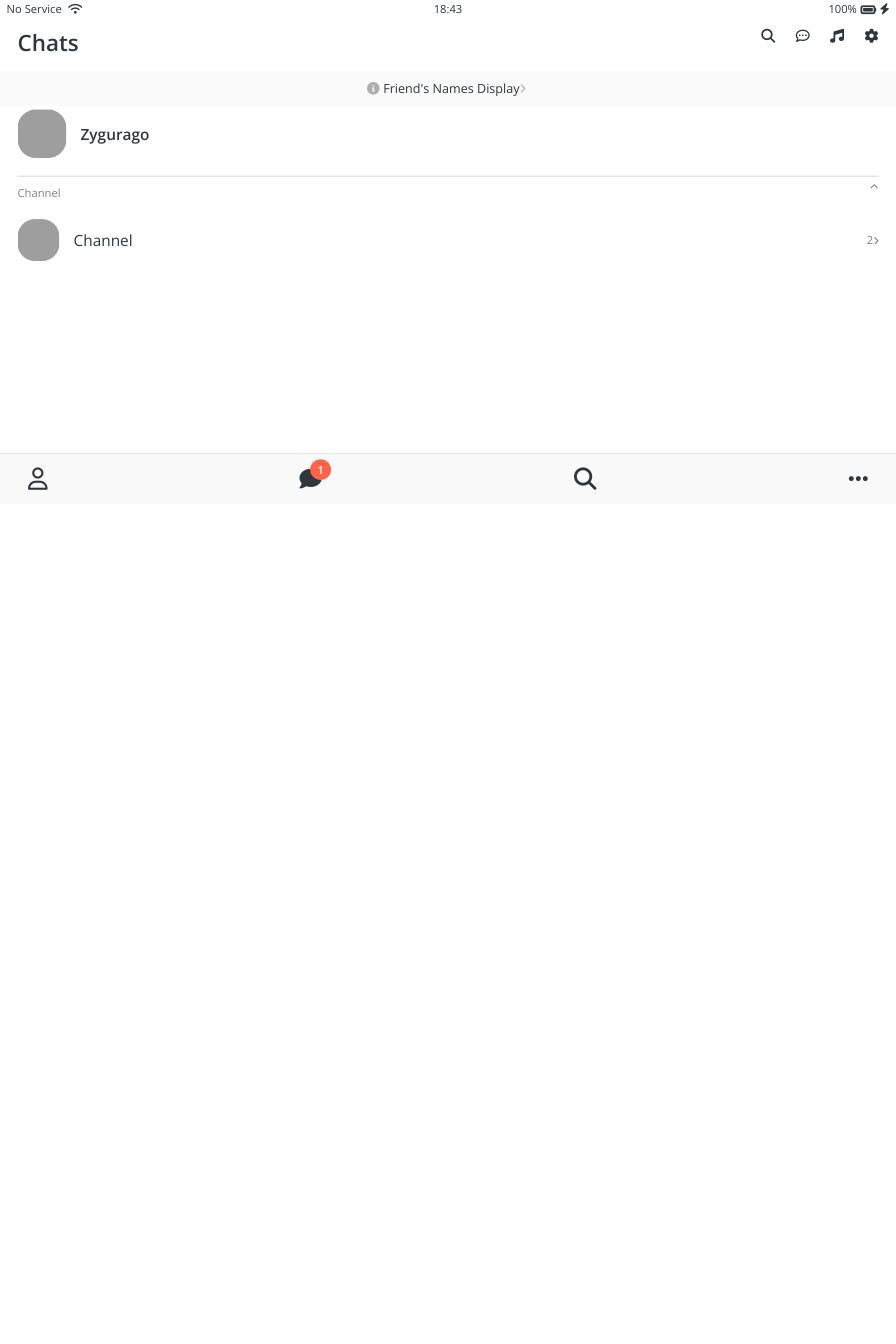
Repository: mocusura12/kokoa-clone-2020
Page: chats.html
These files come from the project's save history. The page is drawn as it stood at one moment and after the next save; the edit follows.
The browser window is 1280 px wide. The pictures show the part of the page from y = 0 to 1920 px (the page is 7200 px tall), at 70% of full size.
Pictures or frames that could not be fetched are drawn as grey boxes. Some web libraries are served in a nearby version.

Above is the page before, as saved 2022-02-23 23:05:40.

### chats.html
<!DOCTYPE html>
<html lang="en">
  <head>
    <link rel="stylesheet" href="css/styles.css" />
    <meta charset="UTF-8" />
    <meta http-equiv="X-UA-Compatible" content="IE=edge" />
    <meta name="viewport" content="width=device-width, initial-scale=1.0" />
    <title>Chats - Kokoa Clone</title>
  </head>
  <body>
    <div class="status-bar">
      <div class="status-bar__column">
        <span>No Service</span>
        <i class="fas fa-wifi"></i>
      </div>
      <div class="status-bar__column">
        <span>18:43</span>
      </div>
      <div class="status-bar__column">
        <span>100%</span>
        <i class="fas fa-battery-full fa-lg"></i>
        <i class="fas fa-bolt"></i>
      </div>
    </div>
    <header class="screen-header">
      <h1 class="screen-header__title">Chats</h1>
      <div class="screen-header__icons">
        <span><i class="fas fa-search fa-lg"></i></span>
        <span><i class="far fa-comment-dots fa-lg"></i></span>
        <span><i class="fas fa-music fa-lg"></i></span>
        <span><i class="fas fa-cog fa-lg"></i></span>
      </div>
    </header>

    <a id="friends-display-link">
      <i class="fas fa-info-circle"></i>Friend's Names Display<i
        class="fas fa-chevron-right fa-xs"
      ></i>
    </a>

    <main class="friends-screen">
      <div class="user-component">
        <div class="user-component__column">
          <img
            src="https://avatars.githubusercontent.com/u/3612017"
            class="user-component__avatar"
          />
          <div class="user-component__text">
            <h4 class="user-component__title">Zygurago</h4>
            <!--<h6 class="user-component__subtitle">this text whatever</h6>-->
          </div>
        </div>
        <div class="user-component__column"></div>
      </div>
      <div class="friends-screen__channel">
        <div class="friends-screen__channel-header">
          <span>Channel</span>
          <i class="fas fa-chevron-up fa-xs"></i>
        </div>
        <div class="user-component">
          <div class="user-component__column">
            <img
              src="https://avatars.githubusercontent.com/u/3612017"
              class="user-component__avatar user-component__avatar--sm"
            />
            <div class="user-component__text">
              <h4 class="user-component__title user-component__title--not-bold">
                Channel
              </h4>
              <!--<h6 class="user-component__subtitle">this text whatever</h6>-->
            </div>
          </div>
          <div class="user-component__column">
            <span>2</span><i class="fas fa-chevron-right fa-xs"></i>
          </div>
        </div>
      </div>
    </main>

    <nav class="nav">
      <ul class="nav__list">
        <li class="nav__btn">
          <a class="nav__link" href="friends.html"
            ><i class="far fa-user fa-2x"></i
          ></a>
        </li>
        <li class="nav__btn">
          <a class="nav__link" href="chats.html">
            <span class="nav__notification">1</span>
            <i class="fas fa-comment fa-2x"></i>
          </a>
        </li>
        <li class="nav__btn">
          <a class="nav__link" href="find.html"
            ><i class="fas fa-search fa-2x"></i
          ></a>
        </li>
        <li class="nav__btn">
          <a class="nav__link" href="more.html"
            ><i class="fas fa-ellipsis-h fa-2x"></i
          ></a>
        </li>
      </ul>
    </nav>

    <script
      src="https://kit.fontawesome.com/6478f529f2.js"
      crossorigin="anonymous"
    ></script>
  </body>
</html>

### css/styles.css
@import url("https://fonts.googleapis.com/css2?family=Open+Sans:wght@400;600&display=swap");
@import "reset.css";
@import "variables.css";
/*Components*/
@import "components/status-bar.css";
@import "components/nav-bar.css";
@import "components/screen-header.css";
@import "components/user-component.css";
/*Screens*/
@import "screens/login.css";
@import "screens/friends.css";

body {
  font-family: "Open Sans", sans-serif;
  height: 1000vh;
  color: #2e363e;
}

### css/components/status-bar.css
.status-bar {
  position: fixed;
  top: 0;
  width: 100%;
  display: flex;
  justify-content: center;
  padding: 5px 3px;
  box-sizing: border-box;
}

.status-bar__column {
  width: 33%;
}

.status-bar__column:first-child span {
  margin-right: 5px;
}

.status-bar__column:nth-child(2) {
  display: flex;
  justify-content: center;
}

.status-bar__column:last-child {
  display: flex;
  justify-content: flex-end;
  align-items: center;
}

.status-bar__column .fa-battery-full {
  margin: 0px 5px;
}

### css/components/nav-bar.css
.nav {
  position: fixed;
  bottom: 0;
  width: 100%;
  background-color: #f9f9fa;
  padding: 20px 40px;
  box-sizing: border-box;
  border-top: 1px solid rgba(121, 121, 121, 0.3);
}

.nav__list {
  display: flex;
  justify-content: space-between;
}

.nav__link {
  position: relative;
  color: #2e363e;
}

.nav__notification {
  background-color: tomato;
  width: 30px;
  height: 30px;
  border-radius: 15px;
  display: flex;
  justify-content: center;
  align-items: center;
  color: white;
  font-weight: 600;
  position: absolute;
  left: 15px;
  bottom: 15px;
}

### css/components/screen-header.css
.screen-header {
  display: flex;
  justify-content: space-between;
  align-items: center;
  padding: var(--horizontal-space);
}

.screen-header__title {
  font-size: 32px;
  font-weight: 600;
  padding-top: 20px;
}

.screen-header__icons span {
  margin-left: 25px;
}

### css/components/user-component.css
.user-component {
  justify-content: space-between;
}

.user-component,
.user-component__column:first-child {
  display: flex;
  align-items: center;
}

.user-component__avatar {
  width: 70px;
  height: 70px;
  border-radius: 27px;
  margin-right: 20px;
}

.user-component__title {
  font-weight: 600;
  font-size: 22px;
}

.user-component__subtitle {
  margin-top: 8px;
  font-size: 17px;
  color: rgba(0, 0, 0, 0.5);
}

.user-component__avatar--xl {
  width: 80px;
  height: 80px;
  border-radius: 30px;
  margin-right: 20px;
}

.user-component__avatar--sm {
  width: 60px;
  height: 60px;
  border-radius: 25px;
}

.user-component__title--not-bold {
  font-weight: 400;
}

.user-component__column:last-child {
  color: rgba(0, 0, 0, 0.5);
}

### css/screens/login.css
.welcome-header {
  margin: 90px 0px;
  text-align: center;
  display: flex;
  flex-direction: column;
  align-items: center;
  font-weight: 600;
}

.welcome-header__title {
  margin-bottom: 30px;
  font-size: 25px;
}

.welcome-header__text {
  width: 60%;
  opacity: 0.7;
}

#login-form {
  display: flex;
  flex-direction: column;
  margin: 0px 30px;
}

#login-form input {
  border: none;
  padding: 15px 0px;
  font-size: 18px;
  margin-bottom: 25px;
}

#login-form input:not([type="submit"]) {
  border-bottom: 1px solid rgba(0, 0, 0, 0.2);
  transition: border-color 0.3s ease-in-out;
}

#login-form input::placeholder {
  color: rgba(0, 0, 0, 0.4);
}

#login-form input:focus {
  border-color: var(--yellow);
}

#login-form input[type="submit"] {
  background-color: var(--yellow);
  cursor: pointer;
  padding: 20px 0px;
  border-radius: 5px;
}

#login-form a {
  text-align: center;
  text-decoration: none;
  color: inherit;
  font-size: 13px;
}

### css/screens/friends.css
#friends-display-link {
  text-align: center;
  display: block;
  background-color: #fafafa;
  padding: 15px 0px;
  font-size: 18px;
  margin-bottom: 5px;
}

#friends-display-link i {
  color: rgba(0, 0, 0, 0.3);
  margin-right: 5px;
}

.friends-screen {
  padding: 0px var(--horizontal-space);
}

.friends-screen__channel {
  margin-top: 25px;
  border-top: 1px solid rgba(0, 0, 0, 0.2);
  padding-top: 15px;
}

.friends-screen__channel-header {
  margin-bottom: 30px;
  display: flex;
  justify-content: space-between;
  color: rgba(0, 0, 0, 0.5);
}

Loaded but not shown: css/reset.css (common file); css/variables.css (common file)

After the next save:
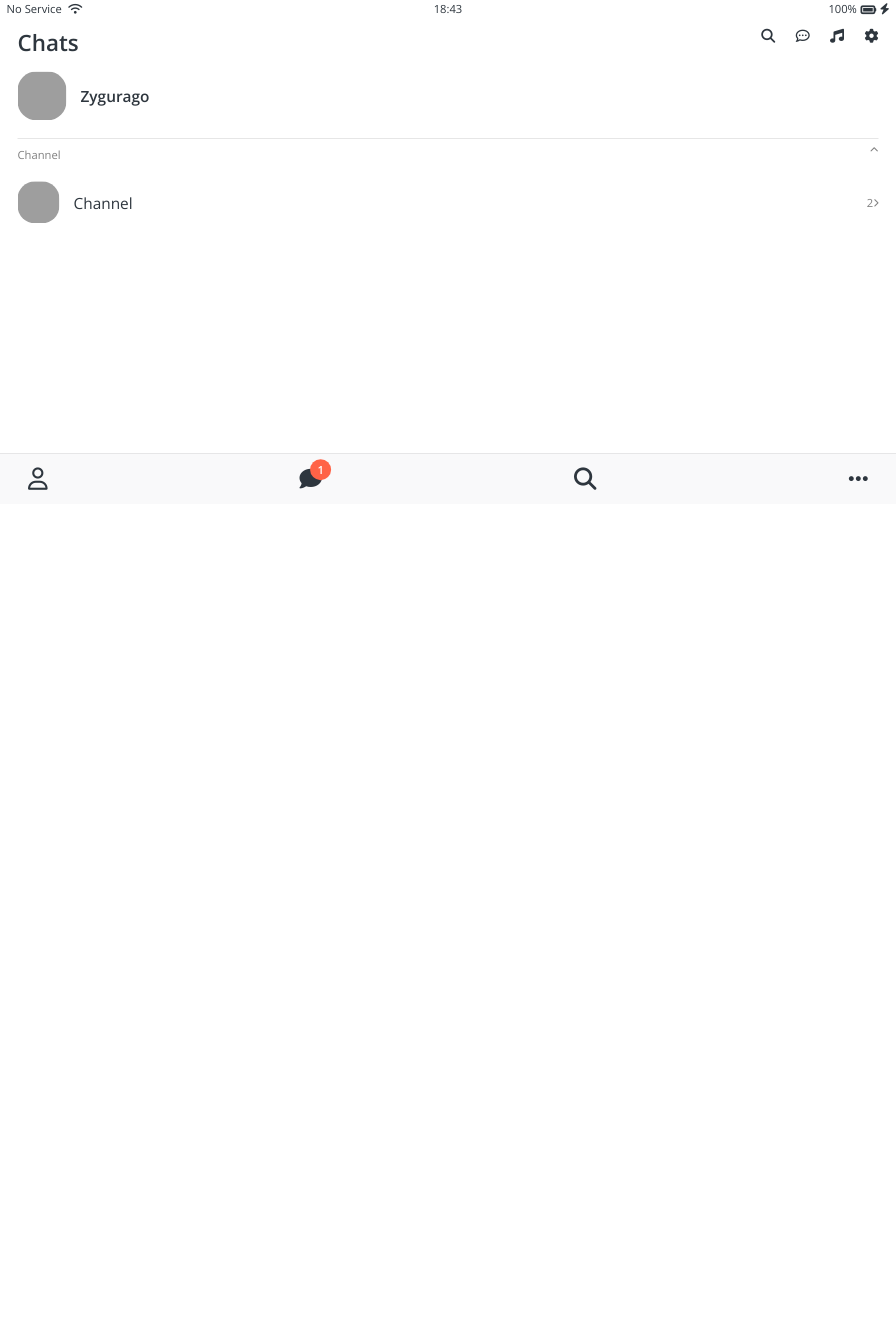
Saved 46 s later.
--- a/chats.html
+++ b/chats.html
@@ -31,12 +31,6 @@
         <span><i class="fas fa-cog fa-lg"></i></span>
       </div>
     </header>
-
-    <a id="friends-display-link">
-      <i class="fas fa-info-circle"></i>Friend's Names Display<i
-        class="fas fa-chevron-right fa-xs"
-      ></i>
-    </a>
 
     <main class="friends-screen">
       <div class="user-component">
